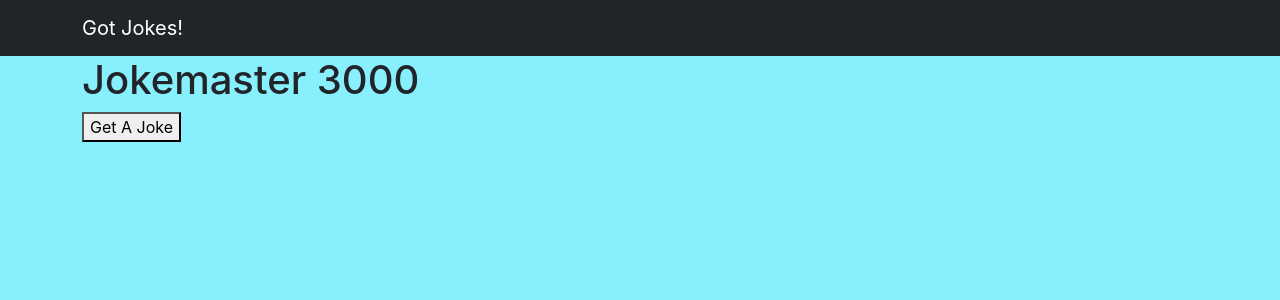
Repository: jontslater/LAB-joke-generator-react
Page: /
An editor plug-in stored every save of this project. The page is shown before and after the next save, followed by the edit.
The browser window is 1280 px wide. The pictures show the whole page.
The project was rebuilt for these pictures with package versions that can differ from the ones it lists, and the page was loaded fresh each time. The framework's server and built-in components were replaced by stand-ins that run in the browser. Also part of the build but not shown: next.config.js.

Above is the page before, as saved 2024-01-08 20:59:33.

After the next save:
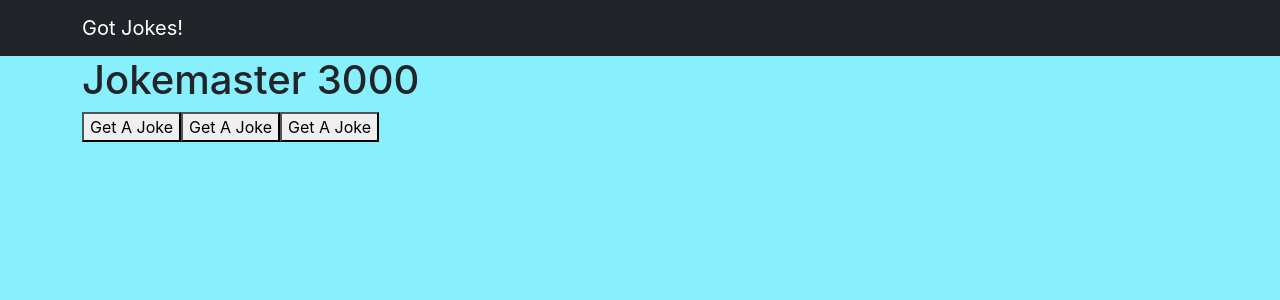
Saved 46 s later.
--- a/components/Jokes.js
+++ b/components/Jokes.js
@@ -11,6 +11,8 @@
     <>
       <h1>Jokemaster 3000</h1>
       <button type="button" onClick={getJoke}>Get A Joke</button>
+      <button type="button" onClick={getJoke}>Get A Joke</button>
+      <button type="button" onClick={getJoke}>Get A Joke</button>
     </>
   );
 }

After the save that followed:
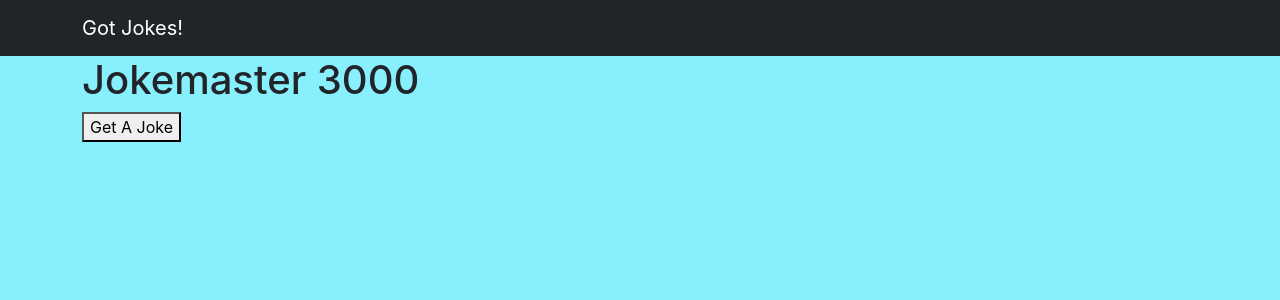
Saved 52 s later.
--- a/components/Jokes.js
+++ b/components/Jokes.js
@@ -11,8 +11,6 @@
     <>
       <h1>Jokemaster 3000</h1>
       <button type="button" onClick={getJoke}>Get A Joke</button>
-      <button type="button" onClick={getJoke}>Get A Joke</button>
-      <button type="button" onClick={getJoke}>Get A Joke</button>
     </>
   );
 }
